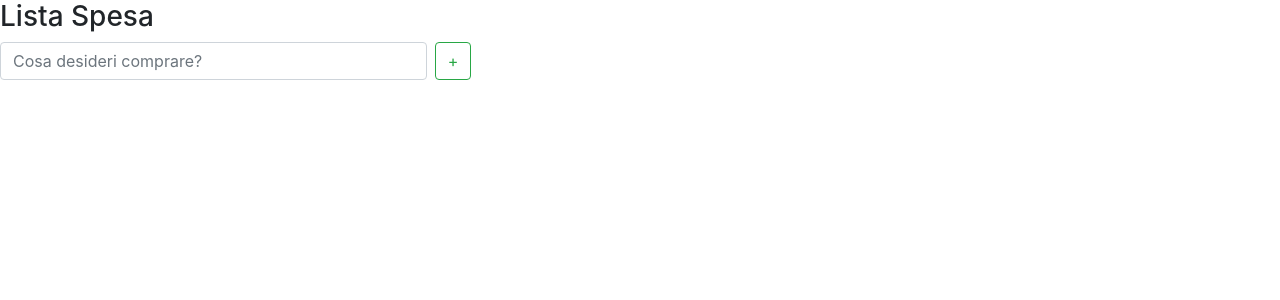
Repository: andreadipilato/TodoList
Page: /
These files come from the project's save history. The page is drawn as it stood at one moment and after the next save; the edit follows.
The browser window is 1280 px wide. The pictures show the whole page.
The project was rebuilt for these pictures with package versions that can differ from the ones it lists, and the page was loaded fresh each time. Also part of the build but not shown: src/App.css.

Above is the page before, as saved 2020-12-04 15:51:17.

After the next save:
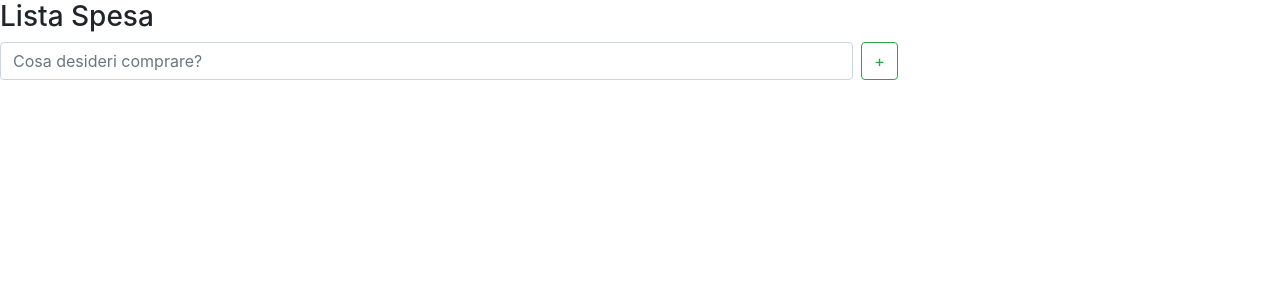
Saved 86 s later.
--- a/src/Cerca.js
+++ b/src/Cerca.js
@@ -9,7 +9,7 @@
         return (
                 <form className = "form-inline" onSubmit = {this.addElement}>
                     <input
-                        className = "form-control mr-sm-2 col-lg-4"
+                        className = "form-control mr-sm-2 col-sm-8"
                         type = "text"
                         placeholder = "Cosa desideri comprare?"
                         aria-label = "Search"
